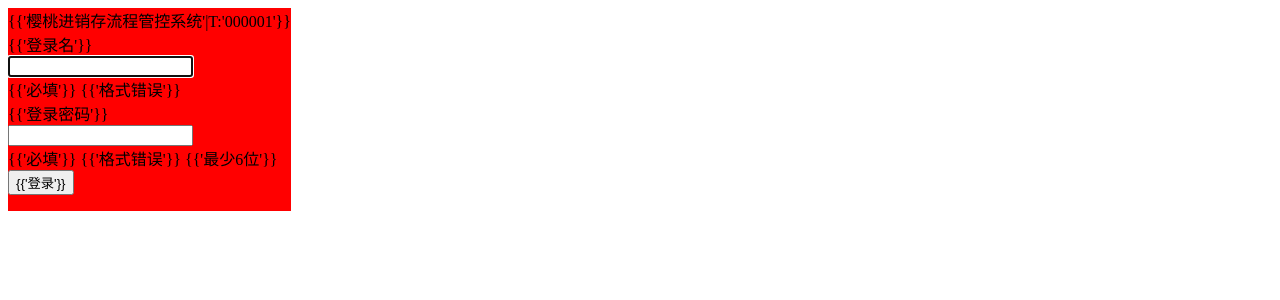
Repository: Anita-huang-001/cims
Page: cherry/mi_cims/mi_cims_admin/src/main/resources/static/view/login.html
These files come from the project's save history. The page is drawn as it stood at one moment and after the next save; the edit follows.
The browser window is 1280 px wide. The pictures show the whole page.

Above is the page before, as saved 2021-02-04 06:15:10.

After the next save:
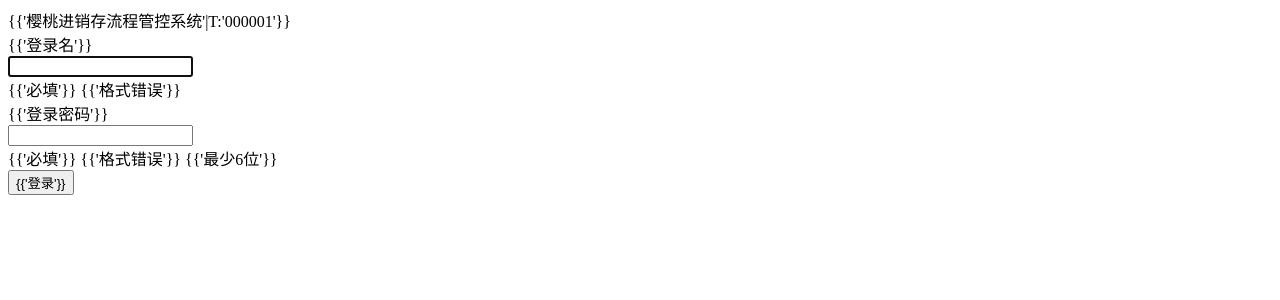
Saved 14 s later.
--- a/cherry/mi_cims/mi_cims_admin/src/main/resources/static/view/login.html
+++ b/cherry/mi_cims/mi_cims_admin/src/main/resources/static/view/login.html
@@ -1,5 +1,4 @@
 <!-- 登录页面 -->
-<div style="position: absolute;background:red;">
 
 <div class="container-fluid login-page">
 	<!-- 标题 -->
@@ -57,5 +56,3 @@
 		</div>
 	</div>
 </div>
-
-</div>
